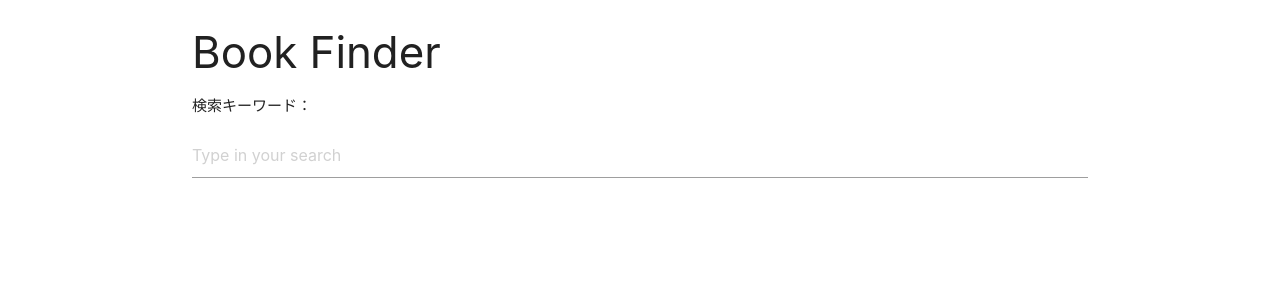
Repository: ayachika/chingu-solo-project
Page: index.html
The author's editor kept a record of every edit. The page is drawn from the files as they stood at one moment, then again after the next edit.
The browser window is 1280 px wide. The pictures show the whole page.
Some web libraries are served in a nearby version.

Above is the page before.
Console error: SyntaxError: Cannot use import statement outside a module

### index.html

<!DOCTYPE html>
<html lang="en">
  <head>
    <meta charset="utf-8">
    <title>Book Finder</title>
    <link rel="stylesheet" href="https://cdnjs.cloudflare.com/ajax/libs/materialize/1.0.0/css/materialize.min.css">
    <style>
      [v-cloak] { display: none; }
    </style>
  </head>
  <body>
    <div class="container" id="app">
      <h3 class="text-center">Book Finder</h3>
      <p> <!--v-modelでフォームとバインディング-->
        検索キーワード：<form v-on:submit.prevent="getResult(query)">
          <input type="text" placeholder="Type in your search" v-model="query" />
      </p>
      <div class="card blue-grey darken-1" v-for="item in items" v-cloak>

          <div class="card">
            <div class="card-title">
              <p>{{ item.title }}</p>
            </div>
            <div class="card-content">
              <p>{{item.author}}</p>
            </div>
          </div>
     </div>
  </div>



    <script src="https://cdn.jsdelivr.net/npm/vue@2.5.16/dist/vue.js"></script>
    <script src="main.js"></script>
    <script src="https://cdn.jsdelivr.net/npm/axios@0.17.1/dist/axios.min.js"></script>
  </body>

</html>

### main.js
import Vue from 'Vue'
import axios from 'axios'

const vm = new Vue({
  el: '#app',
  data() {
    return{
      query:'Ayaka'
      }
    },
  methods:{
    getResult(query){
      axios.get("https://www.googleapis.com/books/v1/volumes?q=search" + query).then(response => {this.items});
      }
    }
});

After the next edit:
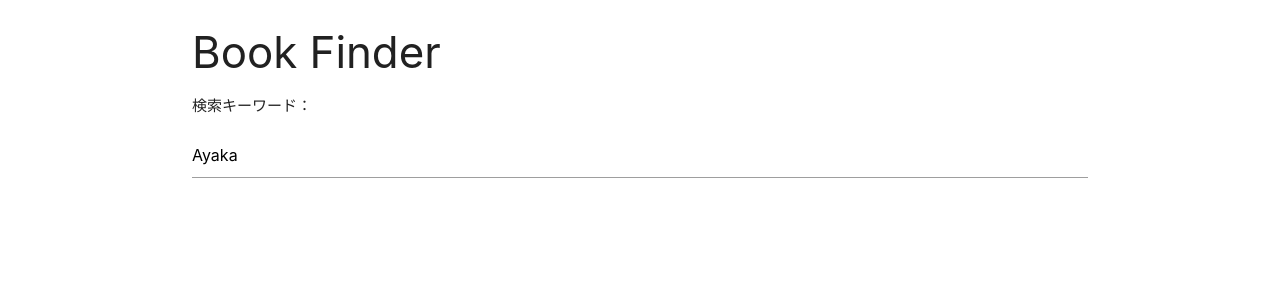
The error is gone.
The edit:
--- a/main.js
+++ b/main.js
@@ -1,6 +1,3 @@
-import Vue from 'Vue'
-import axios from 'axios'
-
 const vm = new Vue({
   el: '#app',
   data() {
